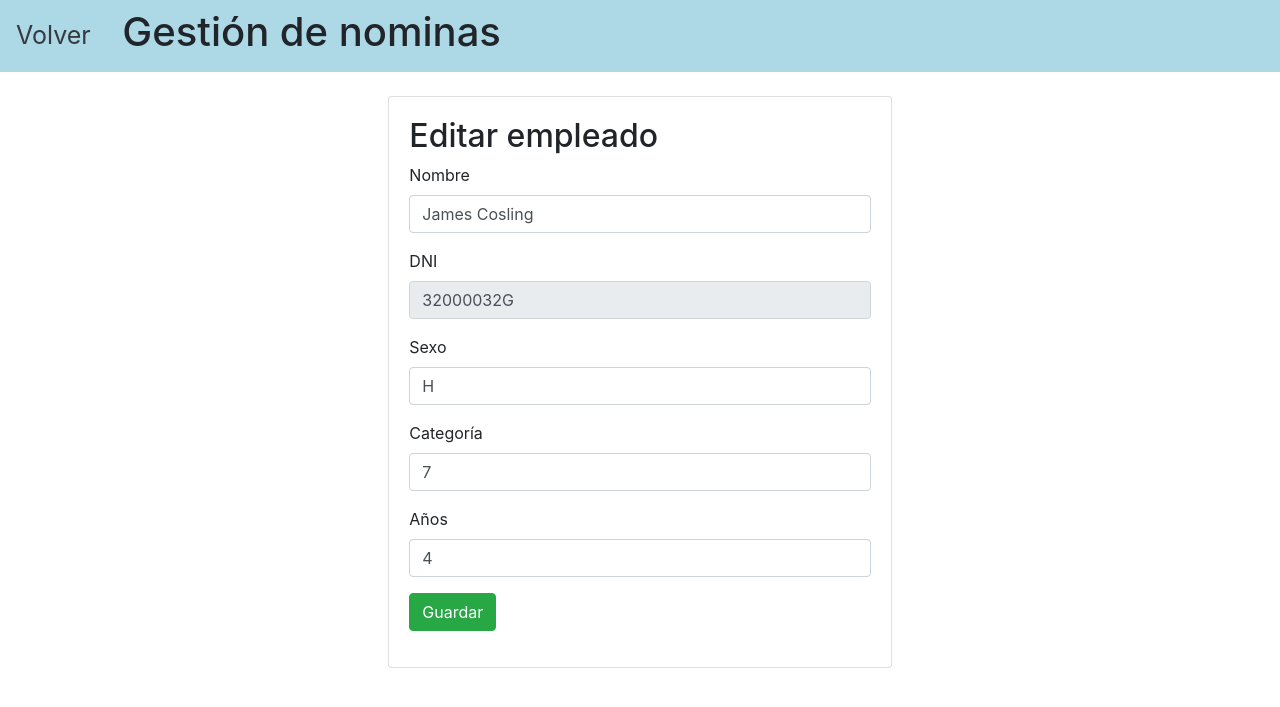
Repository: BurstSword/DWES
Page: http://localhost/NominasFinalV2/EmpleadoServlet?action=editar&dni=32000032G
An editor plug-in stored every save of this project. The page is shown before and after the next save, followed by the edit.
The browser window is 1280 px wide. The pictures show the whole page.
The page is served by Tomcat 9. The database holds what the project's SQL file puts in it.

Above is the page before, as saved 2020-10-21 08:49:33.

After the next save:
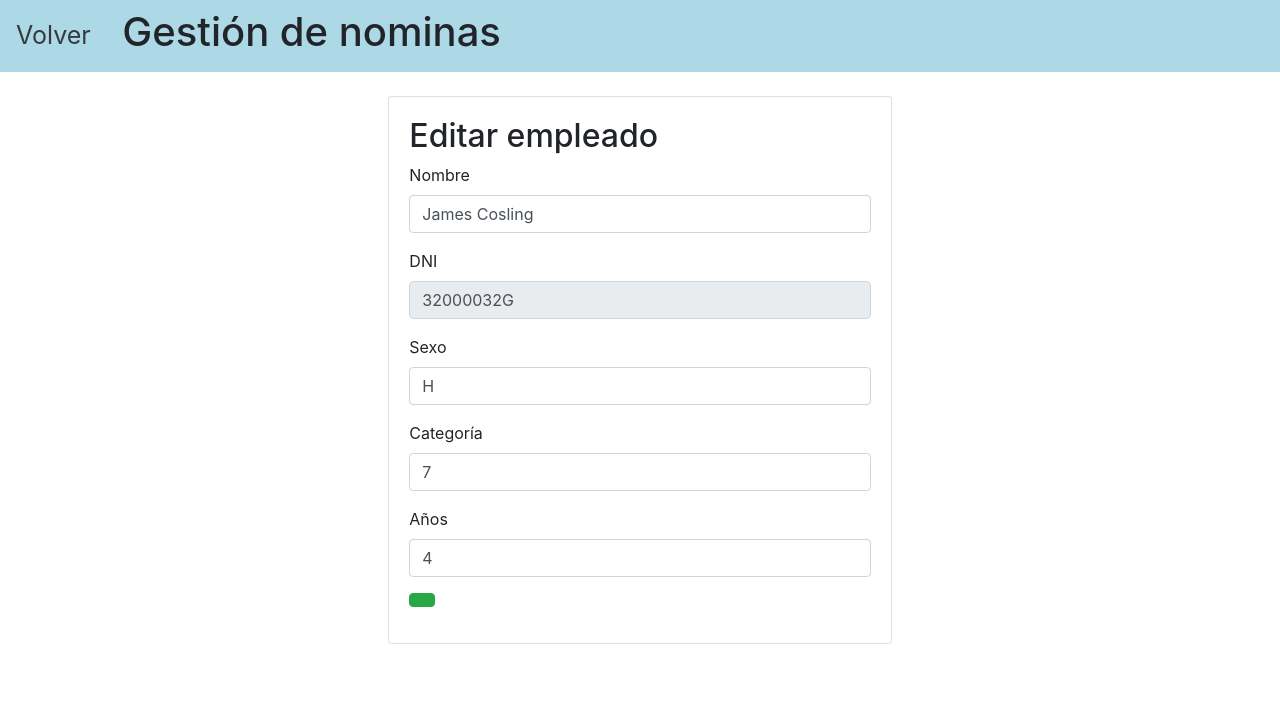
Saved 34 s later.
--- a/NominasFinalV2/WebContent/WEB-INF/pages/editarEmpleado.jsp
+++ b/NominasFinalV2/WebContent/WEB-INF/pages/editarEmpleado.jsp
@@ -45,7 +45,7 @@
                             <label>Años</label> <input type="text" value="<c:out value='${empleado.anyos}' />" class="form-control" >
                         </fieldset>
 
-                        <button type="submit" class="btn btn-success">Guardar</button>
+                        <button type="submit" class="btn btn-success"></button>
                         </form>
                     </div>
                 </div>
